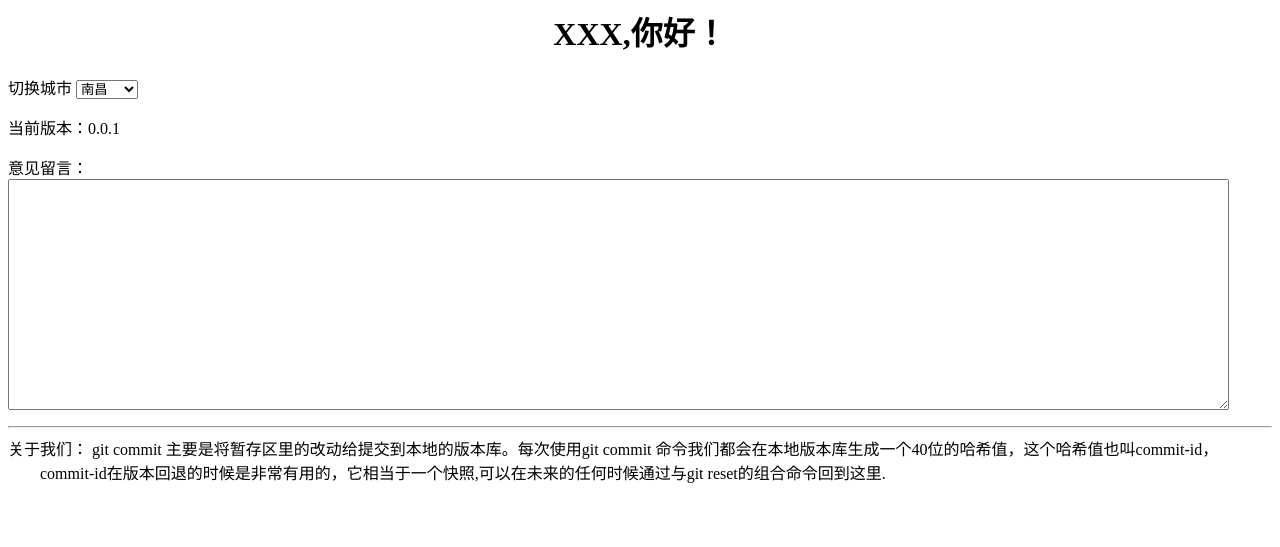
Repository: never-404/Intelligent-recommendation-system
Page: http://localhost/Intelligent-recommendation-system/mine.jsp
An editor plug-in stored every save of this project. The page is shown before and after the next save, followed by the edit.
The browser window is 1280 px wide. The pictures show the whole page.
The page is served by Tomcat 9. Nobody is signed in. The application's start-up code is not run.

Above is the page before, as saved 2019-04-12 10:07:26.

After the next save:
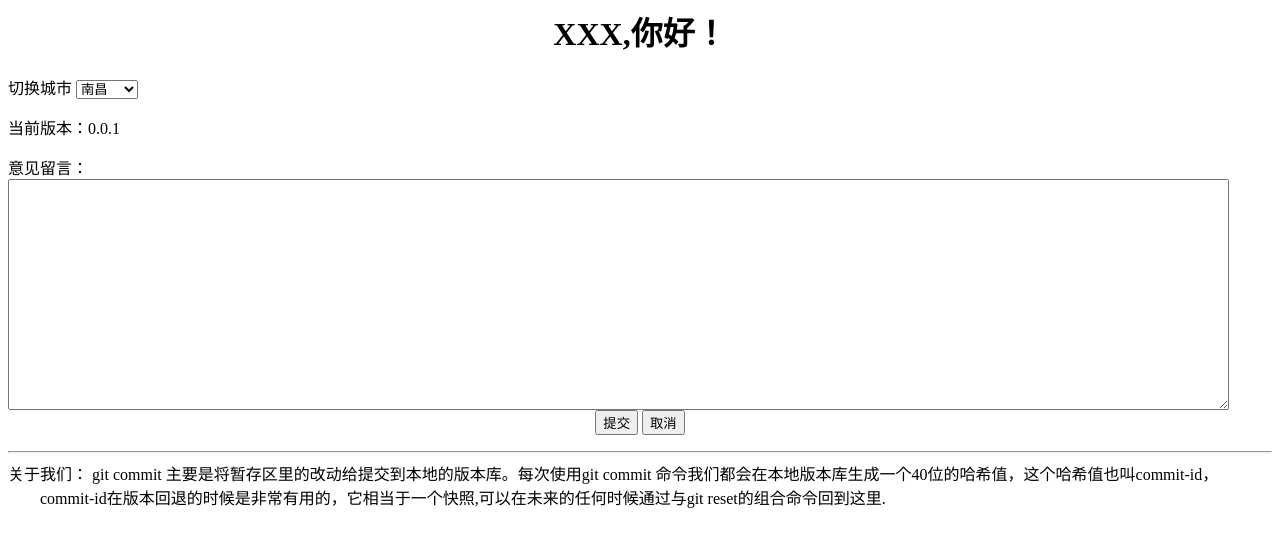
Saved 79 s later.
--- a/Intelligent-recommendation-system/WebRoot/mine.jsp
+++ b/Intelligent-recommendation-system/WebRoot/mine.jsp
@@ -46,6 +46,10 @@
 	<form>
 		意见留言：        <br>
 		<textarea rows="15" cols="150"></textarea><br>
+		<div class="a">
+			<input type="submit" value ="提交">
+			<input type="reset"  value="取消">
+		</div>
 	</form>
 	<hr>
 	关于我们： git commit 主要是将暂存区里的改动给提交到本地的版本库。每次使用git commit 命令我们都会在本地版本库生成一个40位的哈希值，这个哈希值也叫commit-id，
